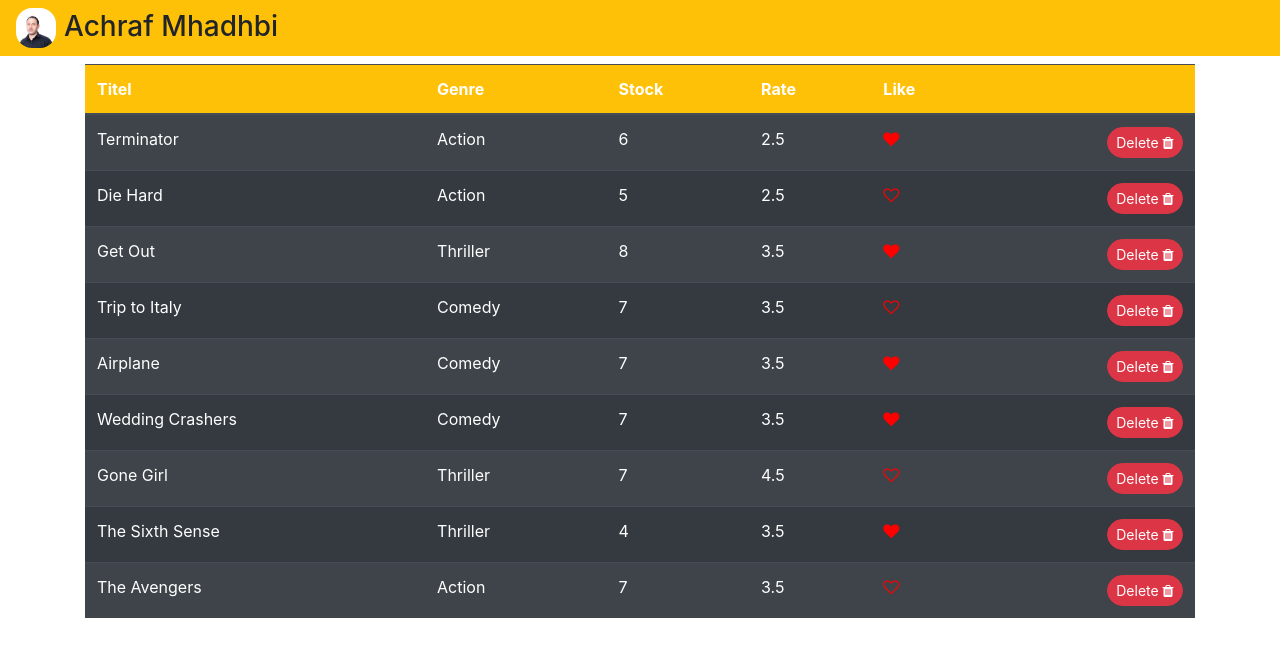
Repository: AMhadhbi/TecMovies-web-app
Page: /
These files come from the project's save history. The page is drawn as it stood at one moment and after the next save; the edit follows.
The browser window is 1280 px wide. The pictures show the whole page.
The project was rebuilt for these pictures with package versions that can differ from the ones it lists, and the page was loaded fresh each time.

Above is the page before, as saved 2021-03-08 22:01:25.

After the next save:
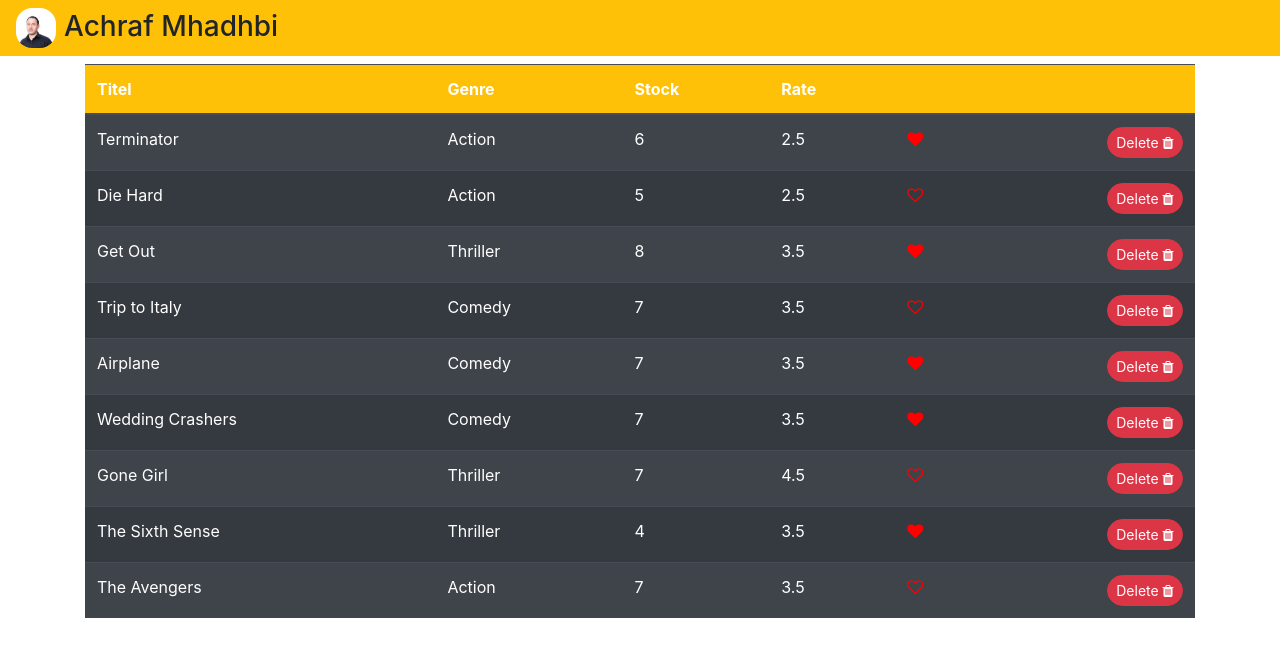
Saved 78 s later.
--- a/src/components/movies.jsx
+++ b/src/components/movies.jsx
@@ -30,7 +30,7 @@ class Movies extends Component {
                 <th>Genre</th>
                 <th>Stock</th>
                 <th>Rate</th>
-                <th>Like</th>
+                <th/>
                 <th/>
               </tr>
             </thead>
@@ -47,7 +47,8 @@ class Movies extends Component {
                       OnLike={this.handleLike}/>
                     </td>
                     <td>
-                    <button className="btn btn-danger btn-sm float-right badge-pill" onClick={ () => this.handelDelete(movie)} >
+                    <button className="btn btn-danger btn-sm float-right badge-pill"
+                    onClick={ () => this.handelDelete(movie)} >
                     Delete <i className="fa fa-trash"/>
                     </button>
                     </td>
